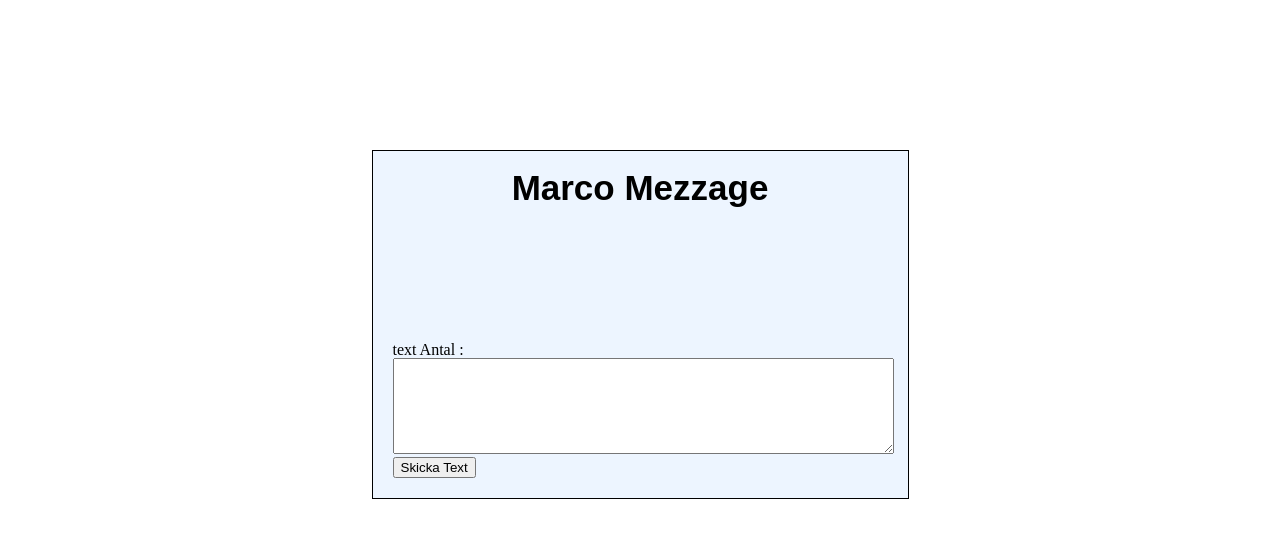
Repository: Marco30/1dv403-laborationer
Page: 2-labbymezzage/index.html
The author's editor kept a record of every edit. The page is drawn from the files as they stood at one moment, then again after the next edit.
The browser window is 1280 px wide. The pictures show the whole page.

Above is the page before.

After the next edit:
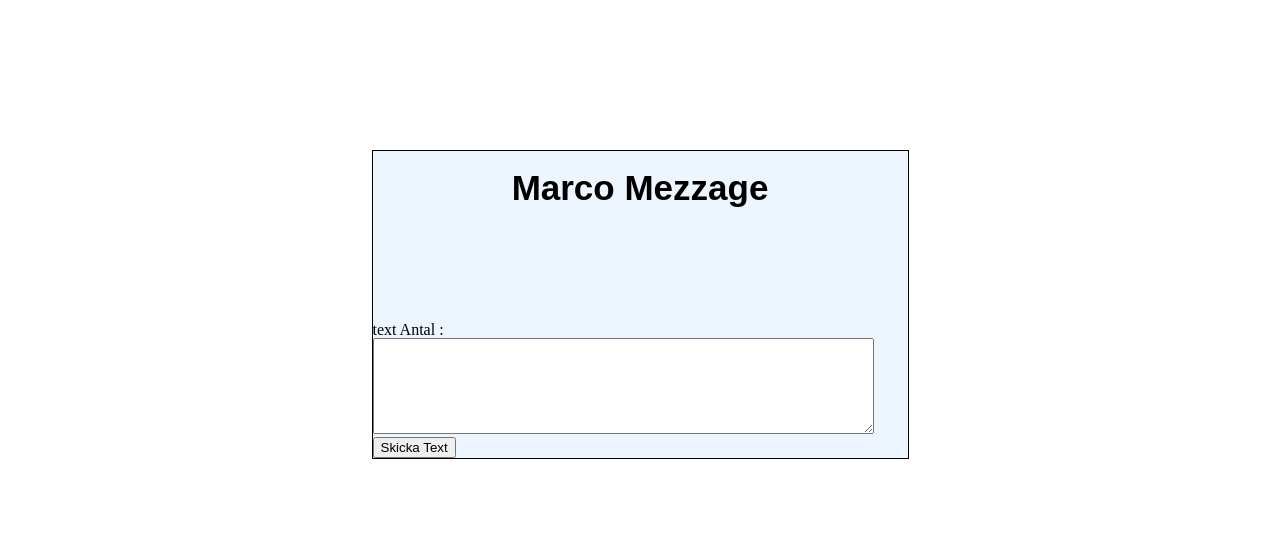
The edit:
--- a/2-labbymezzage/css/style.css
+++ b/2-labbymezzage/css/style.css
@@ -80,8 +80,6 @@
     height: auto;
     margin: auto;
 
-	padding: 20px;
-	overflow: hidden;
 }
 
 textruta
